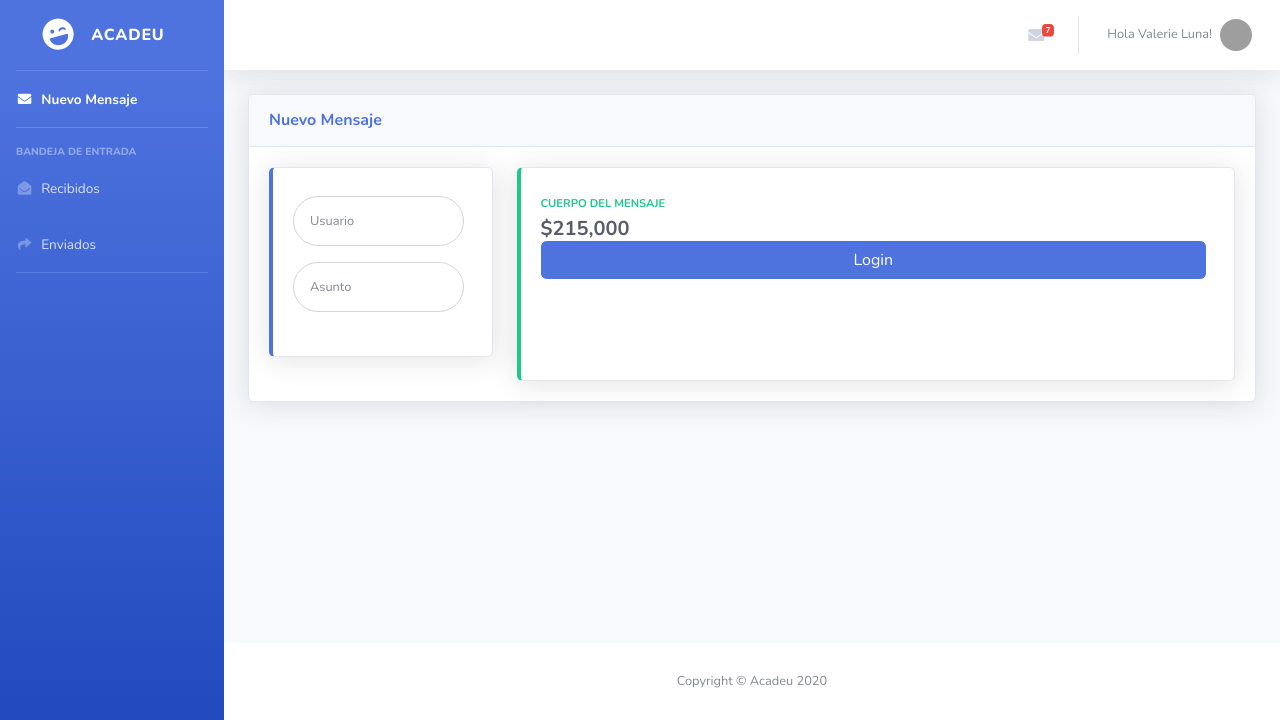
Repository: nicolask92/spring_java_test
Page: http://localhost/nuevo-mensaje
An editor plug-in stored every save of this project. The page is shown before and after the next save, followed by the edit.
The browser window is 1280 px wide. The pictures show the whole page.
Pictures or frames that could not be fetched are drawn as grey boxes. The page is this project's Thymeleaf template; nobody is signed in. Other server files are loaded and not shown. The template is opened directly, without the code that normally fills it, so the values that code supplies are empty.

Above is the page before, as saved 2020-06-13 21:42:30.

### spring-tutorial/src/main/resources/templates/nuevo-mensaje.html
<!DOCTYPE html>
<html xmlns:th="http://www.thymleaf.org">
<head>
<meta charset="utf-8" />
<meta http-equiv="X-UA-Compatible" content="IE=edge" />
<meta name="viewport"
	content="width=device-width, initial-scale=1, shrink-to-fit=no" />
<meta name="description" content="" />
<meta name="author" content="Nicolas Kloster" />

<title>Nuevo Mensaje</title>

<!-- Custom fonts for this template-->
<link th:href="@{/vendor/fontawesome-free/css/all.min.css}"
	rel="stylesheet" type="text/css" />
<link
	href="https://fonts.googleapis.com/css?family=Nunito:200,200i,300,300i,400,400i,600,600i,700,700i,800,800i,900,900i"
	rel="stylesheet" />

<!-- Custom styles for this template-->
<link th:href="@{/css/sb-admin-2.min.css}" rel="stylesheet" />

<!-- Custom styles for this page -->
<link th:href="@{/vendor/datatables/dataTables.bootstrap4.min.css}"
	rel="stylesheet">
</head>
<body id="page-top">

	<!-- Page Wrapper -->
	<div id="wrapper">

		<!-- Sidebar -->
		<ul
			class="navbar-nav bg-gradient-primary sidebar sidebar-dark accordion"
			id="accordionSidebar">

			<!-- Sidebar - Brand -->
			<a
				class="sidebar-brand d-flex align-items-center justify-content-center"
				href="index.html">
				<div class="sidebar-brand-icon rotate-n-15">
					<i class="fas fa-laugh-wink"></i>
				</div>
				<div class="sidebar-brand-text mx-3">Acadeu</div>
			</a>

			<!-- Divider -->
			<hr class="sidebar-divider my-0">

			<!-- Nuevo Mensaje-->
			<li class="nav-item active"><a class="nav-link" th:href="@{/nuevo_mensaje}">
					<i class="fas fa-fw fa-envelope"></i> <span>Nuevo Mensaje</span>
			</a></li>

			<!-- Divider -->
			<hr class="sidebar-divider">

			<!-- Titulo Mensajes Barra Lateral -->
			<div class="sidebar-heading">Bandeja de Entrada</div>

			<!-- Recibidos y Enviados -->
			<li class="nav-item"><a class="nav-link" th:href="@{/index}"> <i
					class="fas fa-fw fa-envelope-open"></i> <span>Recibidos</span>
			</a></li>


			<li class="nav-item"><a class="nav-link collapsed" th:href="@{/enviados}">
					<i class="fas fa-fw fa-share"></i> <span>Enviados</span>
			</a></li>

			<!-- Divider -->
			<hr class="sidebar-divider">


		</ul>
		<!-- End of Sidebar -->

		<!-- Content Wrapper -->
		<div id="content-wrapper" class="d-flex flex-column">

			<!-- Main Content -->
			<div id="content">

				<!-- Topbar -->
				<nav
					class="navbar navbar-expand navbar-light bg-white topbar mb-4 static-top shadow">

					<!-- Sidebar Toggle (Topbar) -->
					<button id="sidebarToggleTop"
						class="btn btn-link d-md-none rounded-circle mr-3">
						<i class="fa fa-bars"></i>
					</button>


					<!-- Topbar Navbar -->
					<ul class="navbar-nav ml-auto">


						<!-- Alertas Mensajes-->

						<li class="nav-item dropdown no-arrow mx-1"><a
							class="nav-link dropdown-toggle" href="#" id="messagesDropdown"
							role="button" data-toggle="dropdown" aria-haspopup="true"
							aria-expanded="false"> <i class="fas fa-envelope fa-fw"></i>
								<!-- Counter - Messages --> <span
								class="badge badge-danger badge-counter">7</span>
						</a> <!-- Dropdown - Messages -->
							<div
								class="dropdown-list dropdown-menu dropdown-menu-right shadow animated--grow-in"
								aria-labelledby="messagesDropdown">
								<h6 class="dropdown-header">Message Center</h6>
								<a class="dropdown-item d-flex align-items-center" href="#">
									<div class="dropdown-list-image mr-3">
										<img class="rounded-circle"
											src="https://source.unsplash.com/fn_BT9fwg_E/60x60" alt="">
										<div class="status-indicator bg-success"></div>
									</div>
									<div class="font-weight-bold">
										<div class="text-truncate">Hi there! I am wondering if
											you can help me with a problem I've been having.</div>
										<div class="small text-gray-500">Emily Fowler · 58m</div>
									</div>
								</a> <a class="dropdown-item d-flex align-items-center" href="#">
									<div class="dropdown-list-image mr-3">
										<img class="rounded-circle"
											src="https://source.unsplash.com/AU4VPcFN4LE/60x60" alt="">
										<div class="status-indicator"></div>
									</div>
									<div>
										<div class="text-truncate">I have the photos that you
											ordered last month, how would you like them sent to you?</div>
										<div class="small text-gray-500">Jae Chun · 1d</div>
									</div>
								</a> <a class="dropdown-item d-flex align-items-center" href="#">
									<div class="dropdown-list-image mr-3">
										<img class="rounded-circle"
											src="https://source.unsplash.com/CS2uCrpNzJY/60x60" alt="">
										<div class="status-indicator bg-warning"></div>
									</div>
									<div>
										<div class="text-truncate">Last month's report looks
											great, I am very happy with the progress so far, keep up the
											good work!</div>
										<div class="small text-gray-500">Morgan Alvarez · 2d</div>
									</div>
								</a> <a class="dropdown-item d-flex align-items-center" href="#">
									<div class="dropdown-list-image mr-3">
										<img class="rounded-circle"
											src="https://source.unsplash.com/Mv9hjnEUHR4/60x60" alt="">
										<div class="status-indicator bg-success"></div>
									</div>
									<div>
										<div class="text-truncate">Am I a good boy? The reason I
											ask is because someone told me that people say this to all
											dogs, even if they aren't good...</div>
										<div class="small text-gray-500">Chicken the Dog · 2w</div>
									</div>
								</a> <a class="dropdown-item text-center small text-gray-500"
									href="#">Read More Messages</a>
							</div></li>

						<div class="topbar-divider d-none d-sm-block"></div>

						<!-- Nav Item - Informacion de Usuario -->
						<li class="nav-item dropdown no-arrow"><a
							class="nav-link dropdown-toggle" href="#" id="userDropdown"
							role="button" data-toggle="dropdown" aria-haspopup="true"
							aria-expanded="false"> <span
								class="mr-2 d-none d-lg-inline text-gray-600 small">Hola
									Valerie Luna!</span> <img class="img-profile rounded-circle"
								src="https://source.unsplash.com/QAB-WJcbgJk/60x60">
						</a> <!-- Dropdown - Logout y Perfil -->
							<div
								class="dropdown-menu dropdown-menu-right shadow animated--grow-in"
								aria-labelledby="userDropdown">
								<a class="dropdown-item" href="#"> <i
									class="fas fa-user fa-sm fa-fw mr-2 text-gray-400"></i> Perfil
								</a>
								<div class="dropdown-divider"></div>
								<a class="dropdown-item" href="#" data-toggle="modal"
									data-target="#logoutModal"> <i
									class="fas fa-sign-out-alt fa-sm fa-fw mr-2 text-gray-400"></i>
									Cerrar Sesion
								</a>
							</div></li>

					</ul>

				</nav>
				<!-- Termina la barra superior -->

				<!-- Begin Page Content -->
				<div class="container-fluid">



					<!-- Mensajes -->
					<div class="card shadow mb-4">
						<div class="card-header py-3">
							<h6 class="m-0 font-weight-bold text-primary">Nuevo Mensaje</h6>
						</div>

						<div class="card-body">
							<div class="row">
								<!-- Asunto y Usuario a Enviar -->
								<div class="col-xl-3 col-md-6 mb-4">
					              <div class="card border-left-primary shadow h-100 py-2">
					                <div class="card-body">
					                  <div class="row no-gutters align-items-center">
					                    <div class="col mr-2">
													<form class="user">
														<div class="form-group">
															<input required type="text"
																class="form-control form-control-user"
																id="exampleInputEmail" aria-describedby="emailHelp"
																placeholder="Usuario">
														</div>
														<div class="form-group">
															<input required type="text"
																class="form-control form-control-user"
																id="exampleInputPassword" placeholder="Asunto">
														</div>
													</form>
												</div>
					                  </div>
					                </div>
					              </div>
					            </div>

					            <!-- Cuerpo del mensaje -->
					            <div class="col-xl-9 col-md-6 mb-8">
					              <div class="card border-left-success shadow h-100 py-2">
					                <div class="card-body">
					                  <div class="row no-gutters align-items-center">
					                    <div class="col mr-2">
					                      <div class="text-xs font-weight-bold text-success text-uppercase mb-1">Cuerpo del Mensaje</div>
					                      <div class="h5 mb-0 font-weight-bold text-gray-800">$215,000</div>
													<a href="index.html"
														class="btn btn-primary btn-user btn-block"> Login </a>
										</div>
					                  </div>
					                </div>
					              </div>
					            </div>
							</div>
						</div>
					</div>

				</div>
				<!-- /.container-fluid -->

			</div>
			<!-- End of Main Content -->

			<!-- Footer -->
			<footer class="sticky-footer bg-white">
				<div class="container my-auto">
					<div class="copyright text-center my-auto">
						<span>Copyright &copy; Acadeu 2020</span>
					</div>
				</div>
			</footer>
			<!-- End of Footer -->

		</div>
		<!-- End of Content Wrapper -->

	</div>
	<!-- End of Page Wrapper -->

	<!-- Scroll to Top Button-->
	<a class="scroll-to-top rounded" href="#page-top"> <i
		class="fas fa-angle-up"></i>
	</a>



	<!-- Bootstrap core JavaScript-->
	<script th:src="@{/vendor/jquery/jquery.min.js}"></script>
	<script th:src="@{/vendor/bootstrap/js/bootstrap.bundle.min.js}"></script>

	<!-- Core plugin JavaScript-->
	<script th:src="@{/vendor/jquery-easing/jquery.easing.min.js}"></script>

	<!-- Custom scripts for all pages-->
	<script th:src="@{/js/sb-admin-2.min.js}"></script>

	<!-- Page level plugins -->
	<script th:src="@{/vendor/datatables/jquery.dataTables.min.js}"></script>
	<script th:src="@{/vendor/datatables/dataTables.bootstrap4.min.js}"></script>

	<!-- Page level custom scripts -->
	<script th:src="@{/js/demo/datatables-demo.js}"></script>

	<script>

	</script>

</body>
</html>

### spring-tutorial/src/main/resources/static/js/demo/datatables-demo.js
// Call the dataTables jQuery plugin
$(document).ready(function() {
  $('#dataTable').DataTable({
		"language": {
		      "url": "//cdn.datatables.net/plug-ins/1.10.15/i18n/Spanish.json"
		    }
  });
});

Loaded but not shown: spring-tutorial/src/main/resources/static/css/sb-admin-2.min.css (library); spring-tutorial/src/main/resources/static/js/sb-admin-2.min.js (common file)

After the next save:
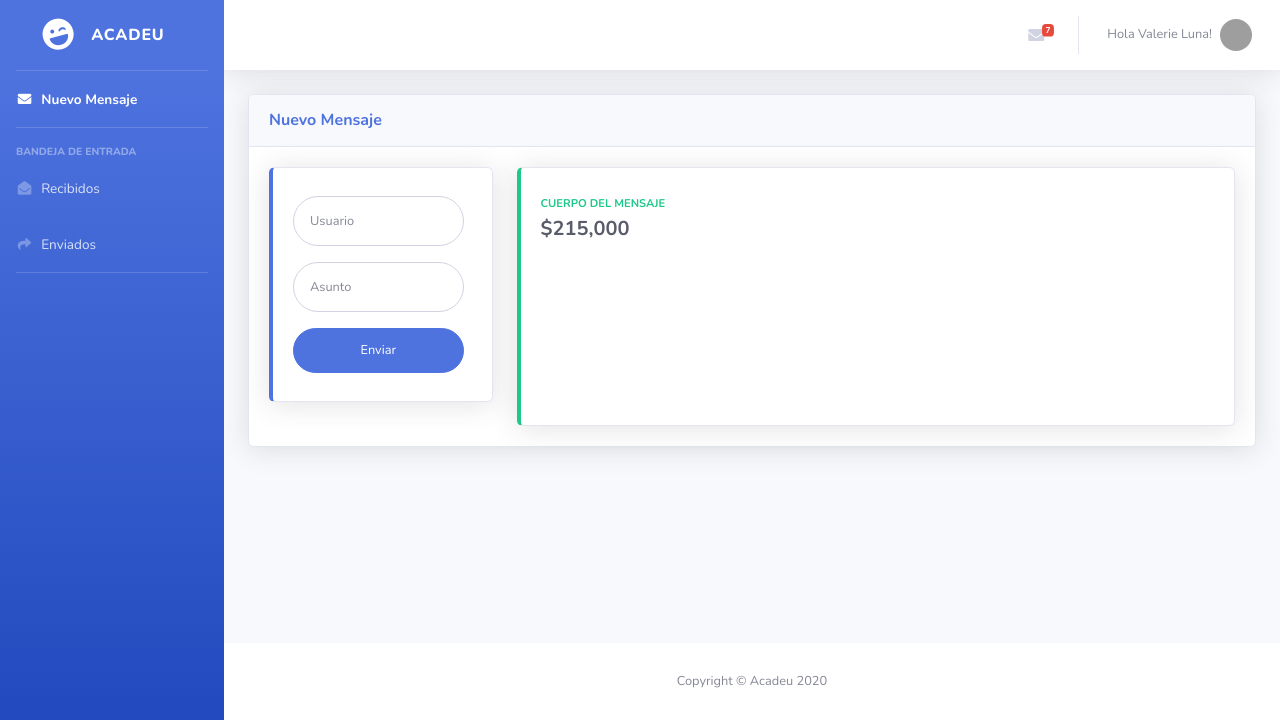
Saved 3 min 54 s later.
--- a/spring-tutorial/src/main/resources/templates/nuevo-mensaje.html
+++ b/spring-tutorial/src/main/resources/templates/nuevo-mensaje.html
@@ -220,7 +220,9 @@
 																class="form-control form-control-user"
 																id="exampleInputPassword" placeholder="Asunto">
 														</div>
-													</form>
+														<a href="index.html"
+														class="btn btn-primary btn-user btn-block"> Enviar </a>
+
 												</div>
 					                  </div>
 					                </div>
@@ -235,9 +237,8 @@
 					                    <div class="col mr-2">
 					                      <div class="text-xs font-weight-bold text-success text-uppercase mb-1">Cuerpo del Mensaje</div>
 					                      <div class="h5 mb-0 font-weight-bold text-gray-800">$215,000</div>
-													<a href="index.html"
-														class="btn btn-primary btn-user btn-block"> Login </a>
 										</div>
+										</form>
 					                  </div>
 					                </div>
 					              </div>
